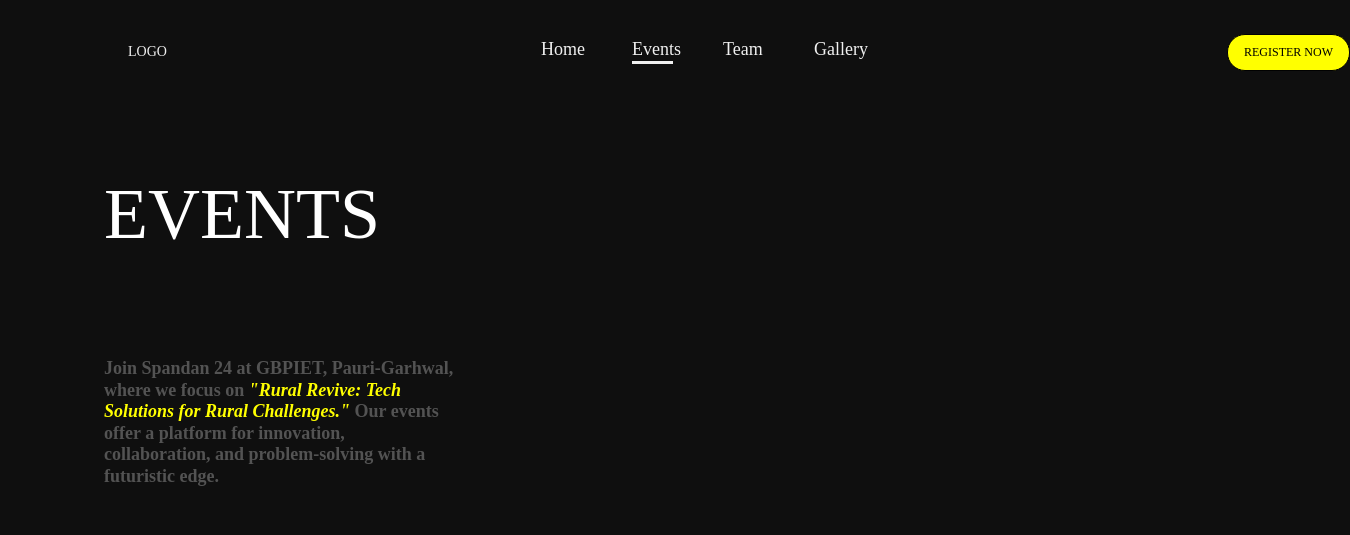
Repository: s4bbi/spandan-3.0
Page: /
An editor plug-in stored every save of this project. The page is shown before and after the next save, followed by the edit.
The browser window is 1280 px wide. The page is 1350 px wide, so the pictures cover 1350 px, including what lies to the right of the window. The pictures show the whole page.
The project was rebuilt for these pictures with package versions that can differ from the ones it lists, and the page was loaded fresh each time. Also part of the build but not shown: vite.config.js, src/pages/Events/Events.jsx.

Above is the page before, as saved 2024-11-02 02:48:50.

After the next save:
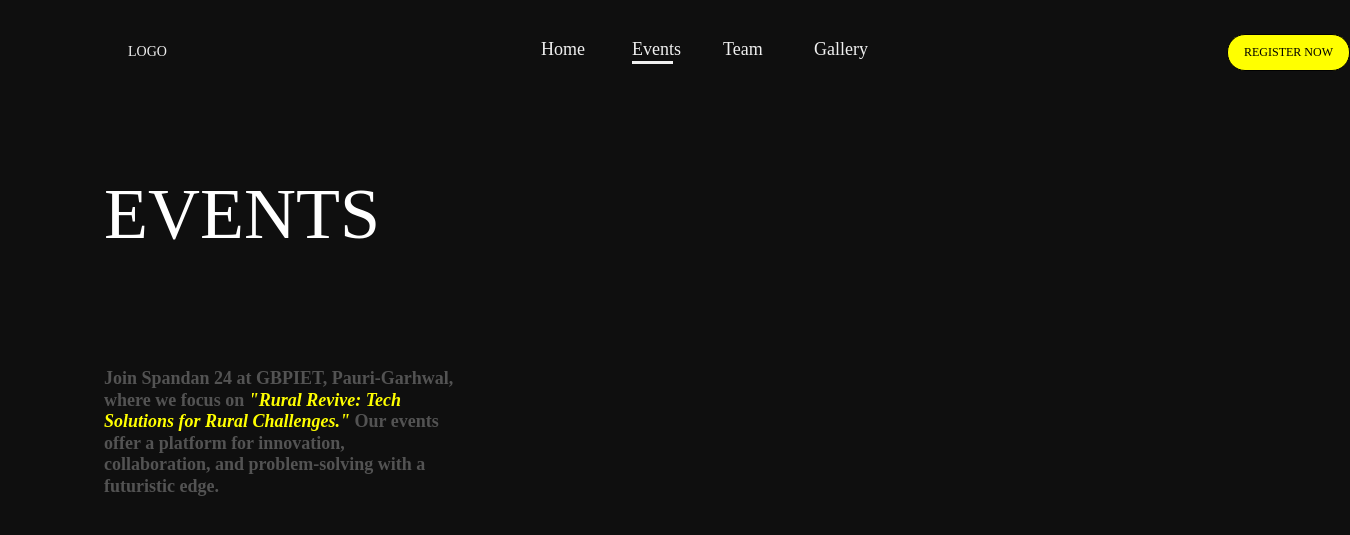
Saved 38 s later.
--- a/src/components/HeroSection/HeroSection.css
+++ b/src/components/HeroSection/HeroSection.css
@@ -26,7 +26,7 @@
   .hero-description {
     width: 350px;
     height: 110px;
-    padding-top: 100px;
+    padding-top: 110px;
     font-family: Exo 2;
     font-size: 18px;
     font-weight: 600;
